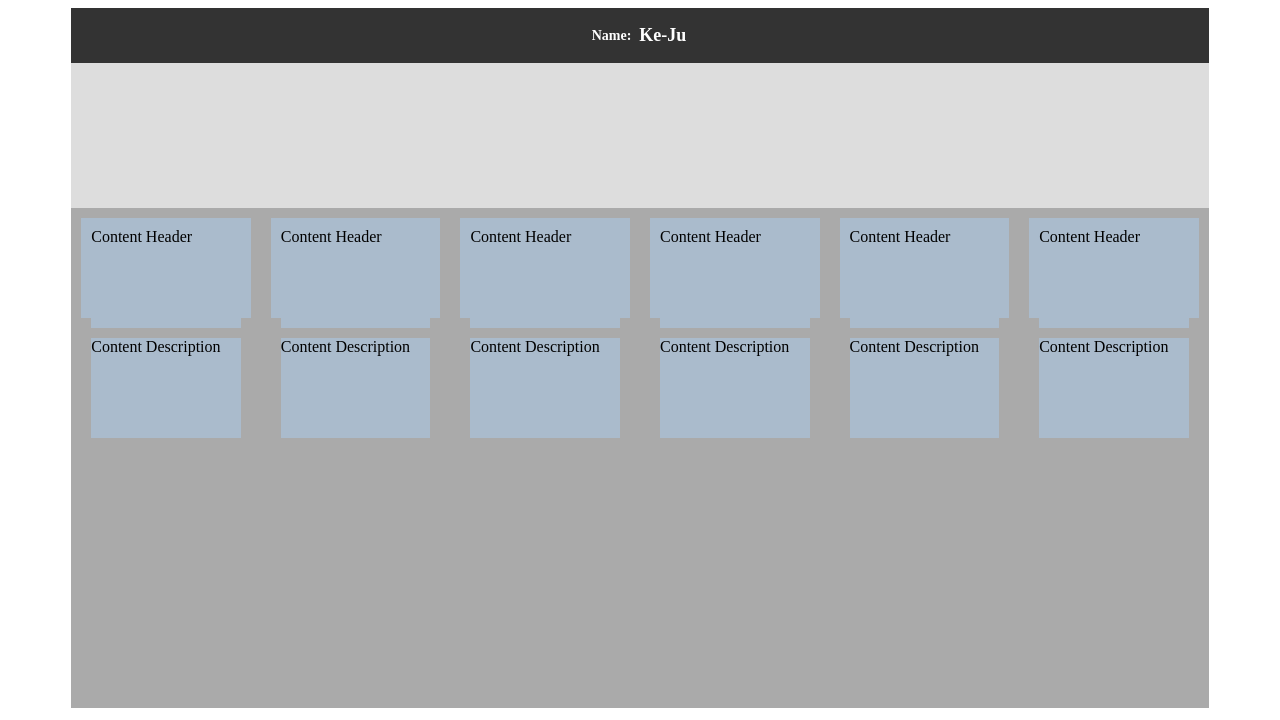
Repository: kerudai/mdiat3126nextapp
Page: /
The author's editor kept a copy of each file at every save. The page is drawn from the files as they stood at one save, then again after the next save.
The browser window is 1280 px wide. The pictures show the whole page.
The project was rebuilt for these pictures with package versions that can differ from the ones it lists, and the page was loaded fresh each time. The framework's server and built-in components were replaced by stand-ins that run in the browser.

Above is the page before, as saved 2020-09-29 16:18:42.

### pages/_app.js
import './app.scss';

function MyApp({ Component, pageProps }) {
  return <Component {...pageProps} />
}

export default MyApp

### pages/index.js
import Header from '../comps/Header';

export default function Home() {
  return (
    <div className="main">
      <div className="header">
        <Header />
      </div>
      <div className="contents">
        <div>
          <div>Content Header</div>
          <div>Content Description</div>
        </div>
        <div>
          <div>Content Header</div>
          <div>Content Description</div>
        </div>
        <div>
          <div>Content Header</div>
          <div>Content Description</div>
        </div>
        <div>
          <div>Content Header</div>
          <div>Content Description</div>
        </div>
        <div>
          <div>Content Header</div>
          <div>Content Description</div>
        </div>
        <div>
          <div>Content Header</div>
          <div>Content Description</div>
        </div>
      </div>
    </div>
  )
}

### pages/app.scss


@import './index.scss';

### comps/Header/index.js
import React from 'react';
import styled, {css} from 'styled-components';

const HeadTitle = styled.h1`
    font-size: 18px;
    color: ${props=>props.color ? props.color : "#FFF"};
    padding: 5px;
    ${props=>props.highlight === true && css`
    background-color: #F5A;
    margin: 10px;
    `}
`;

const SubHeadTitle = styled(HeadTitle)`
    font-size: 14px;
    padding: 3px;
`;

const HeadBox = styled.div`
    background-color: #333;
    display: flex;
    align-items: center;
    justify-content: center;
`;

const Header = ({color, highlight}) => {
    return <HeadBox>
        <SubHeadTitle color={color}>Name: </SubHeadTitle>
        <HeadTitle highlight={highlight}>Ke-Ju</HeadTitle>
    </HeadBox>;
}

Header.defaultProps = {
    color: null,
    highlight: null
};

export default Header;

### pages/index.scss
.main {
    width: 90%;
    margin: auto;

    .header {
        min-height: 200px;
        background-color: #DDD;
    }

    .contents {
        min-height: 500px;
        display: flex;
        background-color: #AAA;
        flex-wrap: wrap;

        div {
            background-color: #ABC;
            flex: 1 0 100px;
            height: 100px;
            margin: 10px;
        }
    }
}

After the next save:
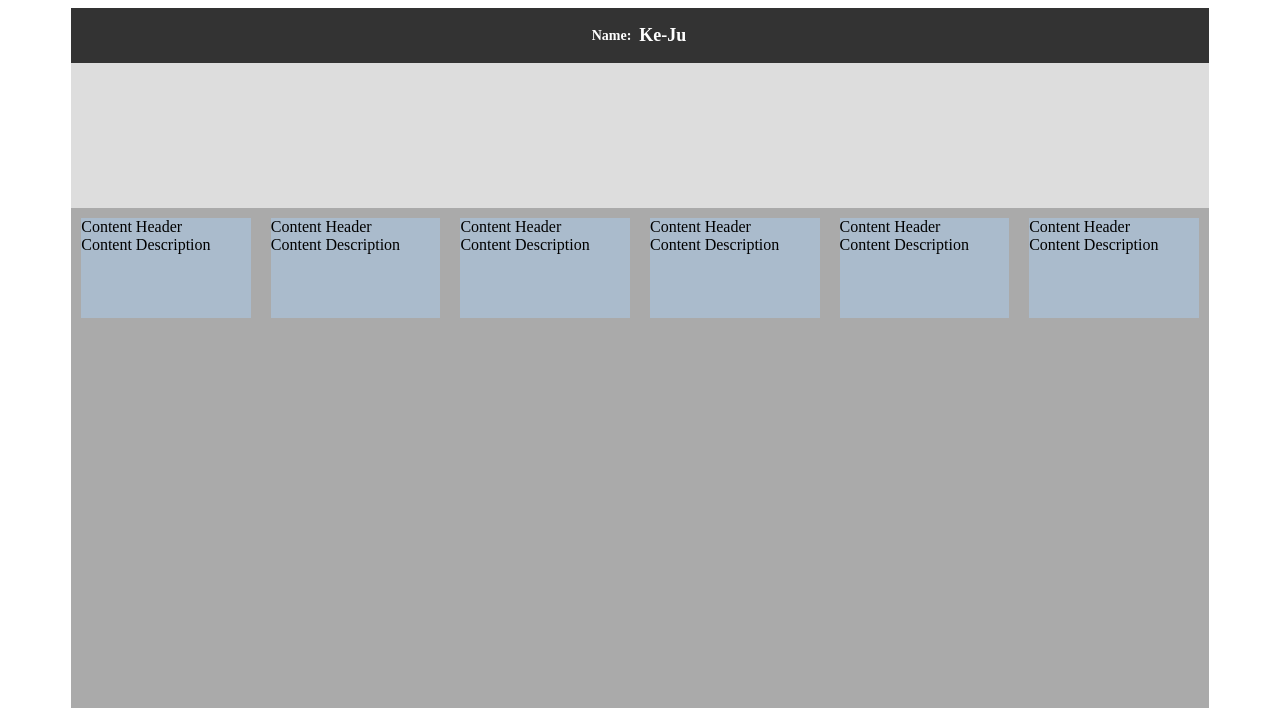
Saved 2 min 4 s later.
--- a/pages/index.scss
+++ b/pages/index.scss
@@ -13,7 +13,7 @@
         background-color: #AAA;
         flex-wrap: wrap;
 
-        div {
+        & > div {
             background-color: #ABC;
             flex: 1 0 100px;
             height: 100px;
